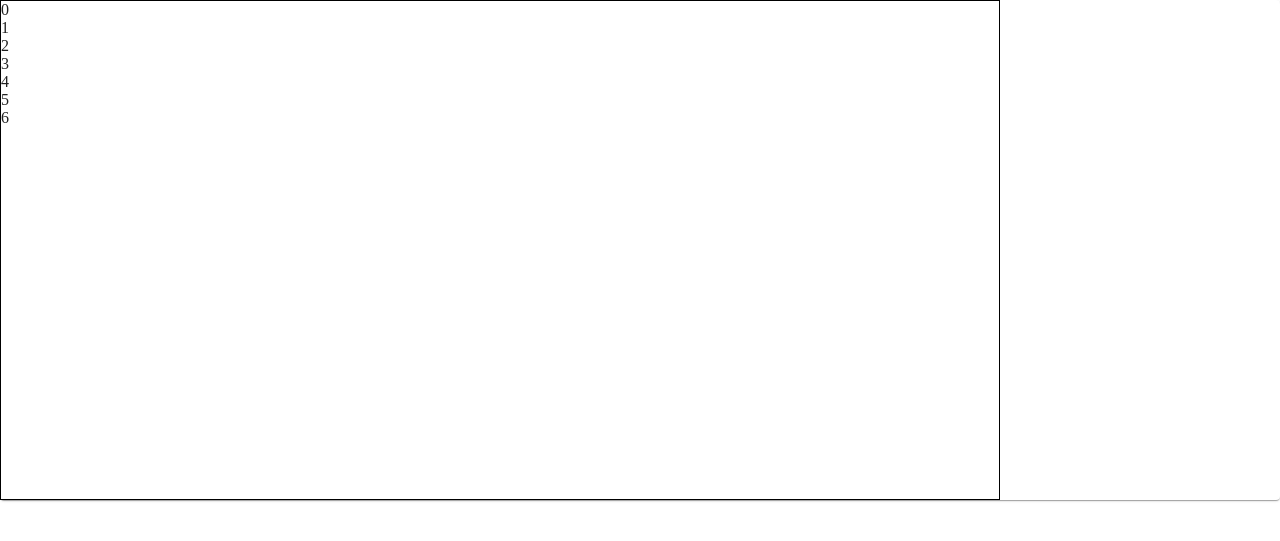
Repository: crittelmeyer/bacon
Page: /
An editor plug-in stored every save of this project. The page is shown before and after the next save, followed by the edit.
The browser window is 1280 px wide. The pictures show the whole page.
The project was rebuilt for these pictures with package versions that can differ from the ones it lists, and the page was loaded fresh each time. Requests to the local data server were answered from the project's data file. Also part of the build but not shown: src/components/Section.jsx, src/components/Grid.jsx, src/components/Row.jsx, src/utils/getColWidth.js, src/components/Col.jsx, src/components/Headings.jsx, src/containers/RepositoryList.jsx, src/containers/RepositorySection.jsx and 1 more.

Above is the page before, as saved 2019-12-02 15:13:02.

### src/index.html
<!DOCTYPE html>
<html lang="en">
  <head>
    <meta charset="UTF-8" />
    <meta name="viewport" content="width=device-width, initial-scale=1.0" />
    <meta http-equiv="X-UA-Compatible" content="ie=edge" />
    <title>React Starter Kit</title>
  </head>
  <body>
    <div id="app"></div>
  </body>
</html>

### src/index.jsx
import 'regenerator-runtime/runtime';

/* IE 10+ support */
import 'core-js/modules/es.promise';
import 'core-js/modules/es.array.iterator';
import 'core-js/modules/es.object.values';
import 'core-js/modules/es.set';
import 'core-js/modules/es.map';

import 'whatwg-fetch';

import React from 'react';
import ReactDOM from 'react-dom';
import { Provider } from 'react-redux';
import { ConnectedRouter } from 'connected-react-router';

import sagas from './modules/sagas';
import history from './utils/history';
import configureStore from './configureStore';

import App from './containers/App';

import './globalStyles.scss';

const initialState = {};
const store = configureStore(initialState, history);
const MOUNT_NODE = document.getElementById('app');

store.runSaga(sagas);

const render = () => {
  ReactDOM.render(
    <Provider store={store}>
      <ConnectedRouter history={history}>
        <App />
      </ConnectedRouter>
    </Provider>,
    MOUNT_NODE,
  );
};

render();

### src/modules/sagas.js
import { all, fork } from 'redux-saga/effects';
import { watchFetchRepos } from './repos/reposSagas';
import { watchFetchHops } from './hops/hopsSagas';

export default function* sagas() {
  yield all([
    fork(watchFetchRepos),
    fork(watchFetchHops),
  ]);
}

### src/configureStore.js
import { createStore, applyMiddleware, compose } from 'redux';
import { routerMiddleware } from 'connected-react-router';
import createSagaMiddleware from 'redux-saga';
import createReducer from './modules/reducers';

const sagaMiddleware = createSagaMiddleware();

export default function configureStore(initialState = {}, history) {
  let composeEnhancers = compose;

  if (process.env.NODE_ENV !== 'production' && typeof window === 'object') {
    /* eslint-disable no-underscore-dangle */
    if (window.__REDUX_DEVTOOLS_EXTENSION_COMPOSE__) {
      composeEnhancers = window.__REDUX_DEVTOOLS_EXTENSION_COMPOSE__({});
    }
  }

  const sagaMiddleware = createSagaMiddleware();
  const middlewares = [sagaMiddleware, routerMiddleware(history)];
  const enhancers = [applyMiddleware(...middlewares)];

  const store = createStore(
    createReducer(),
    initialState,
    composeEnhancers(...enhancers),
  );

  store.runSaga = sagaMiddleware.run;

  return store;
}

### src/containers/App.jsx
import React, { Fragment } from 'react';
import { Switch, Route } from 'react-router-dom';
import HopsGraphPage from '../pages/HopsGraphPage';
import ReposPage from '../pages/ReposPage';

export default function App() {
  return (
    <Fragment>
      <Switch>
        <Route exact path="/" component={HopsGraphPage} />
        <Route exact path="/repos" component={ReposPage} />
      </Switch>
    </Fragment>
  );
}

### src/globalStyles.scss
/* RESET RULES */
body {
  margin: 0;
}

h1,
h2,
h3,
h4,
h5,
h6,
p,
li,
ul {
  margin: 0;
  padding: 0;
}

ul {
  list-style-type: none;
}

button {
  border: none;
}

button:focus {
  outline: 0;
}

article,
aside,
details,
figcaption,
figure,
footer,
header,
hgroup,
main,
menu,
nav,
section,
summary {
  display: block;
}
/* END RESET RULES */

/* BASE RULES */
*,
*:before,
*:after {
  box-sizing: inherit;
}

html {
  height: 100%;
  box-sizing: border-box;
  overflow-x: hidden;
  -webkit-overflow-scrolling: touch;
  -webkit-text-size-adjust: 100%;
  -ms-text-size-adjust: 100%;
}

html,
body {
  -webkit-font-smoothing: antialiased;
}

body {
  min-height: 100%;
  background: #fff;
}

img {
  width: auto;
  max-width: 100%;
  height: auto;
}

-moz-::selection {
  background-color: #000;
  color: #fff;
}

::selection {
  background-color: #000;
  color: #fff;
}
/* END BASE RULES */

### src/modules/repos/reposSagas.js
import { call, put, takeEvery } from 'redux-saga/effects';
import fetch from 'isomorphic-fetch';
import { reposLoaded, reposLoadingError } from './reposActions';
import { LOAD_REPOS } from './reposConstants';

function fetchReposApi() {
  return fetch('https://api.github.com/users/Nickew/repos?sort=pushed').then(
    response => response.json(),
  );
}

function* fetchRepos() {
  const repos = yield call(fetchReposApi);
  if (repos.message) {
    yield put(reposLoadingError(repos.message));
  } else {
    yield put(reposLoaded(repos));
  }
}

export function* watchFetchRepos() {
  yield takeEvery(LOAD_REPOS, fetchRepos);
}

### src/modules/hops/hopsSagas.js
import { call, put, takeEvery } from 'redux-saga/effects';
import fetch from 'isomorphic-fetch';
import { hopsLoaded, hopsLoadingError } from './hopsActions';
import { LOAD_HOPS } from './hopsConstants';

function fetchHopsApi() {
  return fetch('http://localhost:3000/search').then(
    response => response.json(),
  );
}

function* fetchHops() {
  const hops = yield call(fetchHopsApi);
  if (hops.message) {
    yield put(hopsLoadingError(hops.message));
  } else {
    yield put(hopsLoaded(hops));
  }
}

export function* watchFetchHops() {
  yield takeEvery(LOAD_HOPS, fetchHops);
}

### src/modules/reducers.js
import { combineReducers } from 'redux';
import { connectRouter } from 'connected-react-router';
import hopsReducer from './hops/hopsReducer';
import reposReducer from './repos/reposReducer';
import history from '../utils/history';

export default function createReducer(injectedReducers = {}) {
  const rootReducer = combineReducers({
    router: connectRouter(history),
    repos: reposReducer,
    hops: hopsReducer,
    ...injectedReducers,
  });

  return rootReducer;
}

### src/pages/HopsGraphPage.jsx
import React from 'react';
import HopsGraph from '../containers/HopsGraph';

const HopsGraphPage = () => <HopsGraph />;

export default HopsGraphPage;

### src/modules/repos/reposActions.js
import {
  LOAD_REPOS,
  LOAD_REPOS_SUCCESS,
  LOAD_REPOS_ERROR,
} from './reposConstants';

export const loadRepos = () => ({
  type: LOAD_REPOS,
});

export const reposLoaded = repos => ({
  type: LOAD_REPOS_SUCCESS,
  repos,
});

export const reposLoadingError = error => ({
  type: LOAD_REPOS_ERROR,
  error,
});

### src/modules/repos/reposConstants.js
export const LOAD_REPOS = 'LOAD_REPOS';
export const LOAD_REPOS_SUCCESS = 'LOAD_REPOS_SUCCESS';
export const LOAD_REPOS_ERROR = 'LOAD_REPOS_ERROR';

### src/modules/hops/hopsActions.js
import {
  LOAD_HOPS,
  LOAD_HOPS_SUCCESS,
  LOAD_HOPS_ERROR,
} from './hopsConstants';

export const loadHops = () => ({
  type: LOAD_HOPS,
});

export const hopsLoaded = hops => ({
  type: LOAD_HOPS_SUCCESS,
  hops,
});

export const hopsLoadingError = error => ({
  type: LOAD_HOPS_ERROR,
  error,
});

### src/modules/hops/hopsConstants.js
export const LOAD_HOPS = 'LOAD_HOPS';
export const LOAD_HOPS_SUCCESS = 'LOAD_HOPS_SUCCESS';
export const LOAD_HOPS_ERROR = 'LOAD_HOPS_ERROR';

### src/modules/hops/hopsReducer.js
import produce from 'immer';

import {
  LOAD_HOPS,
  LOAD_HOPS_SUCCESS,
  LOAD_HOPS_ERROR,
} from './hopsConstants';

const initialState = {
  loading: false,
  error: false,
  data: {},
};

/* eslint-disable no-param-reassign */
/* eslint-disable default-case */
const hopsReducer = (state = initialState, action) =>
  produce(state, draft => {
    switch (action.type) {
      case LOAD_HOPS:
        draft.loading = true;
        draft.error = false;
        draft.data = {};
        break;
      case LOAD_HOPS_SUCCESS:
        draft.loading = false;
        draft.error = false;
        draft.data = action.hops;
        break;
      case LOAD_HOPS_ERROR:
        draft.loading = false;
        draft.error = action.error;
        break;
    }
  });

export default hopsReducer;

### src/modules/repos/reposReducer.js
import produce from 'immer';

import {
  LOAD_REPOS,
  LOAD_REPOS_SUCCESS,
  LOAD_REPOS_ERROR,
} from './reposConstants';

const initialState = {
  loading: false,
  error: false,
  data: {},
};

/* eslint-disable no-param-reassign */
/* eslint-disable default-case */
const reposReducer = (state = initialState, action) =>
  produce(state, draft => {
    switch (action.type) {
      case LOAD_REPOS:
        draft.loading = true;
        draft.error = false;
        draft.data = {};
        break;
      case LOAD_REPOS_SUCCESS:
        draft.loading = false;
        draft.error = false;
        draft.data = action.repos;
        break;
      case LOAD_REPOS_ERROR:
        draft.loading = false;
        draft.error = action.error;
        break;
    }
  });

export default reposReducer;

### src/containers/HopsGraph.jsx
import React, { useEffect } from 'react';
import PropTypes from 'prop-types';
import { connect } from 'react-redux';
import forEach from 'lodash/fp/forEach';
import includes from 'lodash/fp/includes';
import slice from 'lodash/fp/slice';


import { loadHops } from '../modules/hops/hopsActions';

import Paper from '@material-ui/core/Paper';
import { InteractiveForceGraph, ForceGraphNode, ForceGraphLink } from 'react-vis-force';

import BaconGraph from '../components/BaconGraph/BaconGraph';

/* eslint-disable no-shadow */
const HopsGraph = ({ hops, loadHops }) => {
  useEffect(() => {
    loadHops();
  }, []);

  const nodes = {};
  const links = {};

  forEach.convert({ cap: false })(
    (path, pathIndex) => {
      forEach.convert({ cap: false })(
        (hop, index) => {
          const nodeId = `${hop.type}_${hop.imdbId}_${index}`;

          if (!includes(nodeId, Object.keys(nodes))) {
            nodes[nodeId] = {
              level: index,
              label: hop.type === 'movie' ? hop.title : hop.name,
              radius: index === 0 || index === hops.data[pathIndex].length - 1 ? 20 : 20,
              fill: hop.type === 'movie' ? 'red' : 'blue',
            };
          }
        },
        path
      );
    },
    hops.data
  );

  forEach.convert({ cap: false })(
    (_, pathIndex) => {
      forEach.convert({ cap: false })(
        (hop, index) => {
          const source = `${hops.data[pathIndex][index].type}_${hops.data[pathIndex][index].imdbId}_${index}`;
          const target = `${hop.type}_${hop.imdbId}_${index}`;
          const linkId = `${source};${target}`;

          if (!includes(linkId, Object.keys(links))) {
            links[linkId] = {
              source,
              target,
              value: 20,
            };
          }
        },
        slice(1, hops.data[pathIndex].length, hops.data[pathIndex])
      );
    },
    hops.data
  );

  return (
    <Paper>
      {!hops.loading && hops.data.length > 0 &&
        <BaconGraph levelCount={hops.data[0].length} links={links} nodes={nodes} />
      }
    </Paper>
  );

  // return (
  //   <Paper>
  //     {!hops.loading && hops.data.length > 0 &&
  //       <InteractiveForceGraph
  //         showLabels
  //         simulationOptions={{
  //           animate: true,
  //           height: 1000,
  //           width: 1000,
  //           strength: {
  //             collide: 3,
  //             charge: -100,
  //           },
  //         }}
  //         labelAttr="label"
  //         onSelectNode={(node) => console.log(node)}
  //         highlightDependencies
  //       >
  //         {map(
  //           nodeId => (
  //             <ForceGraphNode
  //               key={nodeId}
  //               node={{
  //                 id: nodeId,
  //                 label: nodes[nodeId].label,
  //                 radius: nodes[nodeId].radius,
  //               }}
  //               fill={nodes[nodeId].fill}
  //             />

  //           ),
  //           Object.keys(nodes)
  //         )}
  //         {map(linkId => (
  //           <ForceGraphLink
  //             key={linkId}
  //             link={{
  //               source: links[linkId].source,
  //               target: links[linkId].target,
  //               value: links[linkId].value,
  //             }}
  //           />
  //         ), Object.keys(links))}
  //         <ForceGraphNode
  //           key="more"
  //           node={{
  //             id: 'more',
  //             label: '45 More...',
  //             radius: 20,
  //           }}
  //           fill="green"
  //         />
  //         <ForceGraphLink
  //           key={`${hops.data[0][0].type}_${hops.data[0][0].imdbId}_more`}
  //           link={{
  //             source: `${hops.data[0][0].type}_${hops.data[0][0].imdbId}`,
  //             target: 'more',
  //             value: 30,
  //           }}
  //         />
  //         <ForceGraphLink
  //           key={`${hops.data[0][hops.data[0].length - 1].type}_${hops.data[0][hops.data[0].length - 1].imdbId}_more`}
  //           link={{
  //             source: 'more',
  //             target: `${hops.data[0][hops.data[0].length - 1].type}_${hops.data[0][hops.data[0].length - 1].imdbId}`,
  //             value: 30,
  //           }}
  //         />
  //       </InteractiveForceGraph>
  //     }
  //   </Paper>
  // );
};

const mapStateToProps = state => ({
  hops: state.hops,
});

const mapDispatchToProps = {
  loadHops,
};

HopsGraph.propTypes = {
  hops: PropTypes.object,
  loadHops: PropTypes.func,
};

export default connect(
  mapStateToProps,
  mapDispatchToProps,
)(HopsGraph);

### src/components/BaconGraph/BaconGraph.jsx
import React from 'react';
import PropTypes from 'prop-types';
import withStyles from '@material-ui/core/styles/withStyles';
import forEach from 'lodash/fp/forEach';
import map from 'lodash/fp/map';

const GRAPH_HEIGHT = 500;
const GRAPH_WIDTH = 1000;

const styles = {
  root: {
    border: 'solid black 1px',
    height: GRAPH_HEIGHT,
    width: GRAPH_WIDTH,
  },
};

const BaconGraph = ({ classes, levelCount, links, nodes }) => {
  const nodesGrouped = new Array(levelCount);
  nodesGrouped.fill([]);

  forEach(
    node => {
      nodesGrouped[node.level].push(node);
    },
    nodes
  );

  console.log(nodesGrouped);


  return (
    <div className={classes.root}>
      {
        map.convert({ cap: false })(
          (nodeLevel, index) =>
            <div>{index}</div>,
          nodesGrouped
        )
      }
    </div>
  );
};

BaconGraph.propTypes = {
  classes: PropTypes.object,
  links: PropTypes.object,
  nodes: PropTypes.object,
};

export default withStyles(styles)(BaconGraph);

Loaded but not shown: src/utils/history.js (common file); test-data/db.json (752 lines, source omitted)

After the next save:
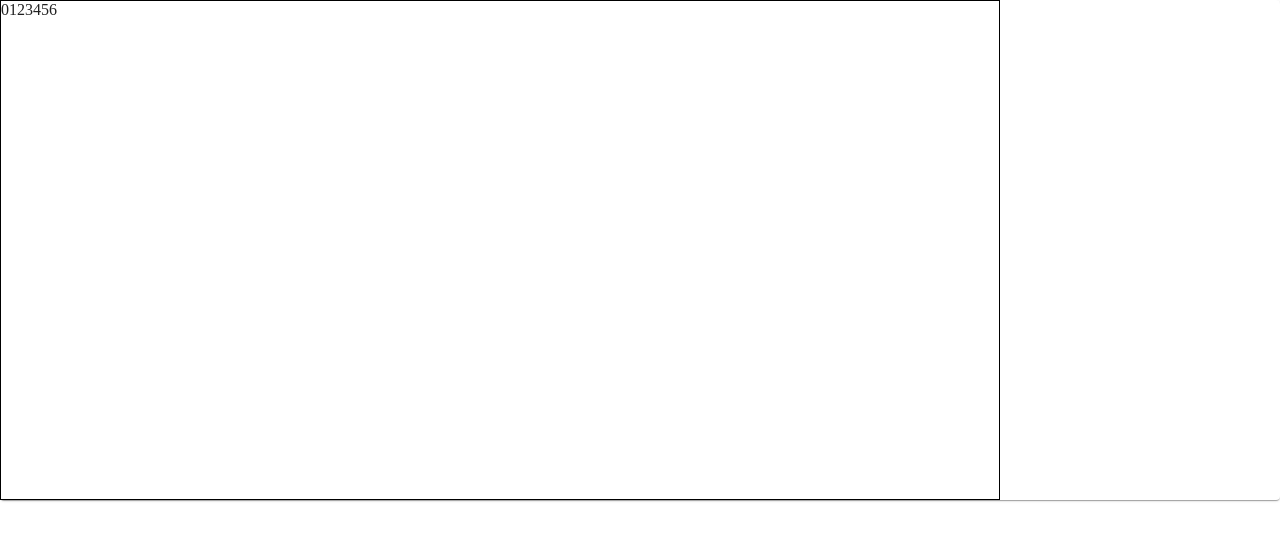
Saved 52 s later.
--- a/src/components/BaconGraph/BaconGraph.jsx
+++ b/src/components/BaconGraph/BaconGraph.jsx
@@ -10,6 +10,7 @@
 const styles = {
   root: {
     border: 'solid black 1px',
+    display: 'flex',
     height: GRAPH_HEIGHT,
     width: GRAPH_WIDTH,
   },

After the save that followed:
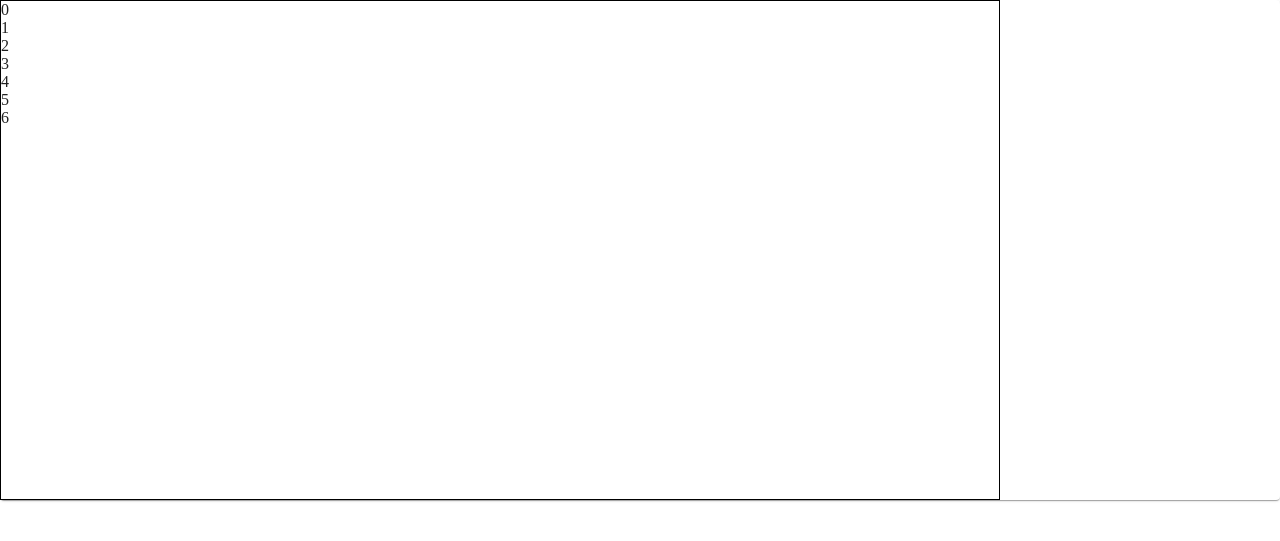
Saved 9 s later.
--- a/src/components/BaconGraph/BaconGraph.jsx
+++ b/src/components/BaconGraph/BaconGraph.jsx
@@ -11,6 +11,7 @@
   root: {
     border: 'solid black 1px',
     display: 'flex',
+    flexDirection: 'column',
     height: GRAPH_HEIGHT,
     width: GRAPH_WIDTH,
   },
